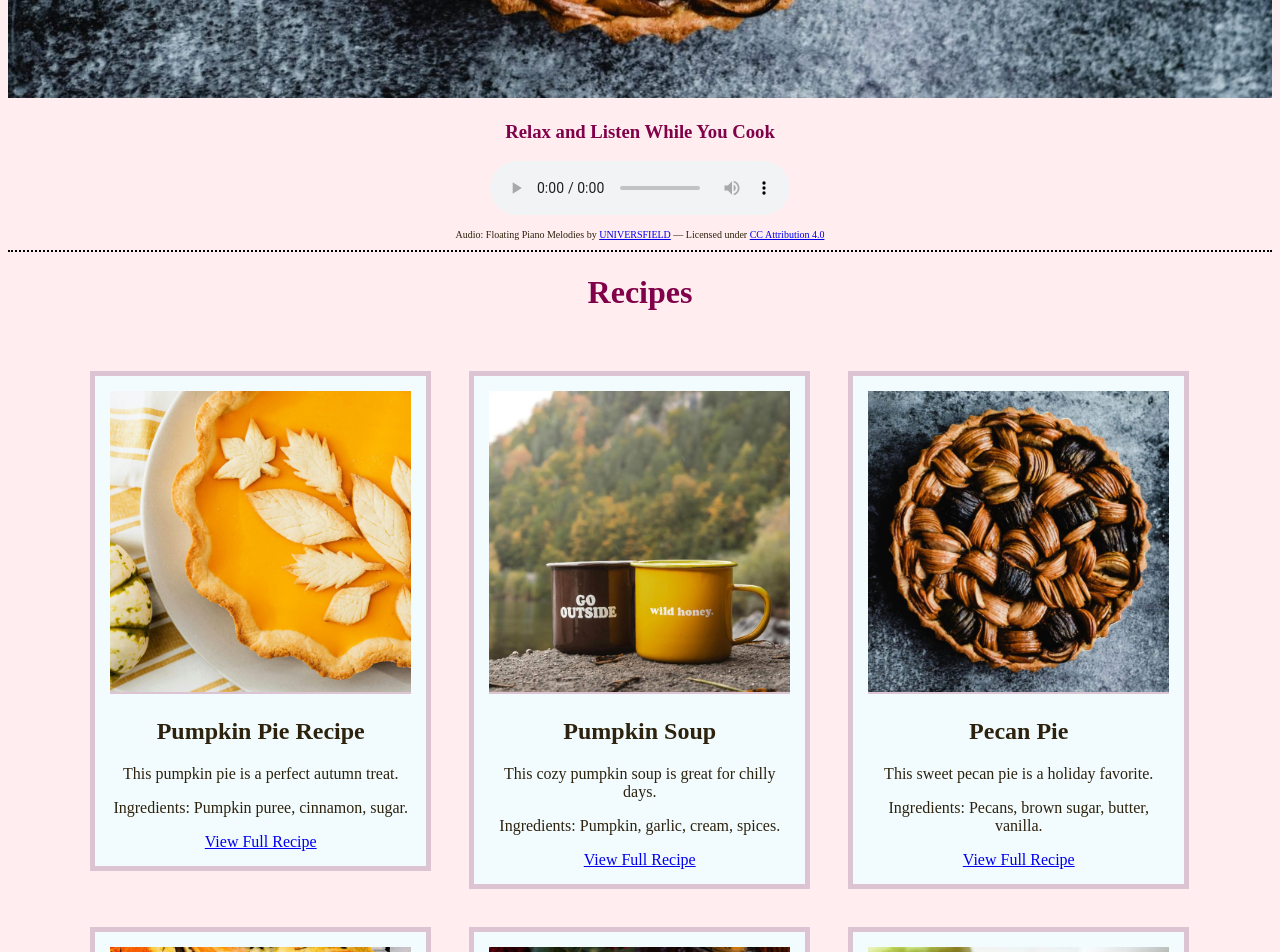
Repository: Brittany-Westlund/MART341-WebDesign
Page: WebDesignHomework/Assignment8/recipes.html
The author's editor kept a copy of each file at every save. The page is drawn from the files as they stood at one save, then again after the next save.
The browser window is 1280 px wide. The pictures show the part of the page from y = 825 to 1777 px (the page is 3026 px tall before and 3032 px after).

Above is the page before, as saved 2024-10-13 13:26:04.

### WebDesignHomework/Assignment8/recipes.html
<!DOCTYPE html>
<html lang="en">
<head>
    <meta charset="UTF-8">
    <meta name="viewport" content="width=device-width, initial-scale=1.0">
    <title>Autumn Orchard</title>

    <style>
        body {
            background-color: rgb(255, 237, 239);
        }
        h1, h3 {
            color: rgb(128, 0, 73);
            text-align: center;
        }
        h2, p {
            color: rgb(45, 34, 13);
            text-align: center;
        }
        .recipe-section {
            width: 90%;
            margin: 0 auto;
            padding: 20px;
        }
        .recipe {
            width: 30%;
            float: left;
            margin: 1.66%; /* Spacing between the recipes */
            border: 5px solid rgb(221, 196, 210);
            padding: 15px;
            background-color: #f2fcff;
            box-sizing: border-box;
            text-align: center; /* Center text and images in the recipe div */
        }
        .recipe img {
            width: 100%; /* Make images full width of container */
            height: auto;
            border-bottom: 2px solid rgb(221, 196, 210); /* Add border to separate image */
        }
        .clear {
            clear: both;
        }
    </style>

</head>
<body>

<!-- Navigation Links -->
    <a style="float: right; padding: 10px" href="index.html">HOME</a>
    <a style="float: right; padding: 10px" href="activities.html">ACTIVITIES</a>
    <a style="float: right; padding: 10px" href="recipes.html">RECIPES</a>

    <h1 style="text-align: left;">Cozy Harvest</h1>

<!-- Hero image -->
    <img src="images/autumn-slices-pie-optimized.jpg" style="width: 100%;" alt="Autumn Pie">


<!-- Audio element -->
    <h3>Relax and Listen While You Cook</h3>
    <div style="text-align: center;">
        <audio controls>
            <source src="audio/floating-piano-melodies.mp3" type="audio/mpeg">
            Your browser does not support the audio element.
        </audio>
        <!-- Audio attribution -->
        <p style="font-size: 10px;">Audio: Floating Piano Melodies by <a href="https://freesound.org/s/723971/" target="_blank">UNIVERSFIELD</a> — Licensed under <a href="https://creativecommons.org/licenses/by/4.0/" target="_blank">CC Attribution 4.0</a></p>
    </div>

    <div style="border-bottom: 2px dotted #000; width: 100%;"></div>

<!-- Recipe section -->
    <h1>Recipes</h1>
    <div class="recipe-section">
        <div class="recipe">
            <img src="images/pumpkin-pie-leaves.jpg" alt="Pumpkin Pie">
            <h2>Pumpkin Pie Recipe</h2>
            <p>This <span class="special-note">pumpkin pie</span> is a perfect autumn treat.</p>
            <p>Ingredients: Pumpkin puree, cinnamon, sugar.</p>
            <a href="https://www.williams-sonoma.com/recipe/pumpkin-pie.html" target="_blank">View Full Recipe</a>
        </div>

        <div class="recipe">
            <img src="images/autumn-coffee-mugs-square.jpg" alt="Pumpkin Soup">
            <h2>Pumpkin Soup</h2>
            <p>This <span class="special-note">cozy pumpkin soup</span> is great for chilly days.</p>
            <p>Ingredients: Pumpkin, garlic, cream, spices.</p>
            <a href="https://www.tasteofhome.com/recipes/pumpkin-soup/" target="_blank">View Full Recipe</a>
        </div>

        <div class="recipe">
            <img src="images/autumn-slices-pie-square.jpg" alt="Pecan Pie">
            <h2>Pecan Pie</h2>
            <p>This <span class="special-note">sweet pecan pie</span> is a holiday favorite.</p>
            <p>Ingredients: Pecans, brown sugar, butter, vanilla.</p>
            <a href="https://sugarspunrun.com/pecan-pie-recipe/" target="_blank">View Full Recipe</a>
        </div>

        <div class="recipe">
            <img src="images/autumn-quiche-square.jpg" alt="Butternut Squash Quiche">
            <h2>Butternut Squash Quiche</h2>
            <p>This <span class="special-note">creamy soup</span> is comforting and delicious.</p>
            <p>Ingredients: Butternut squash, egg, onion, cream.</p>
            <a href="https://www.shekeepsalovelyhome.com/butternut-squash-quiche/" target="_blank">View Full Recipe</a>
        </div>

        <div class="recipe">
            <img src="images/fox-cookies-square.jpg" alt="Fox Cookies">
            <h2>Fox Cookies</h2>
            <p>These <span class="special-note">fox cookies</span> are perfect for a fall dessert.</p>
            <p>Ingredients: Flour, cinnamon, nutmeg, butter.</p>
            <a href="https://thebearfootbaker.com/fun-little-fox-cookies/" target="_blank">View Full Recipe</a>
        </div>

        <div class="recipe">
            <img src="images/autumn-bundt-cake-square.jpg" alt="Pumpkin Bread">
            <h2>Pumpkin Bread</h2>
            <p>This <span class="special-note">soft pumpkin bread</span> is a must-bake.</p>
            <p>Ingredients: Pumpkin puree, sugar, cinnamon.</p>
            <a href="https://letsdishrecipes.com/autumn-spice-bundt-cake/" target="_blank">View Full Recipe</a>
        </div>


        <div class="clear"></div> <!-- Clears the float after the rows -->
    </div>


<!-- Cooking Timer iframe -->
    <h3>Set a Cooking Timer</h3>
    <div style="width: 100%; text-align: center;">
        <iframe src="https://123timer.com/" width="50%" height="600"></iframe>
    </div>


<!-- Escape character example -->
    <p>&copy; 2024 Autumn Orchard • Enjoy Your Harvest</p>

</body>
</html>

After the next save:
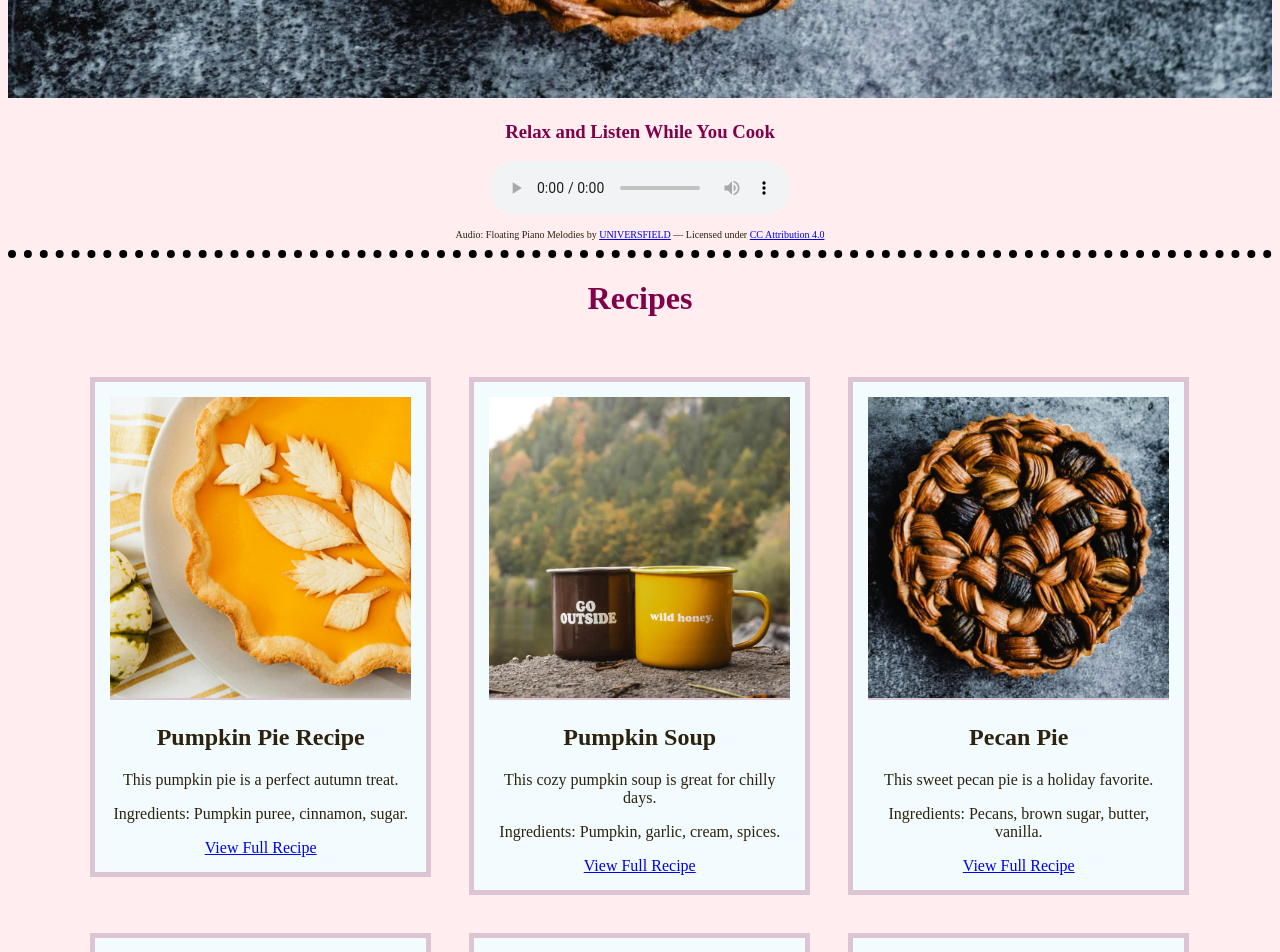
Saved 19 s later.
--- a/WebDesignHomework/Assignment8/recipes.html
+++ b/WebDesignHomework/Assignment8/recipes.html
@@ -67,7 +67,7 @@
         <p style="font-size: 10px;">Audio: Floating Piano Melodies by <a href="https://freesound.org/s/723971/" target="_blank">UNIVERSFIELD</a> — Licensed under <a href="https://creativecommons.org/licenses/by/4.0/" target="_blank">CC Attribution 4.0</a></p>
     </div>
 
-    <div style="border-bottom: 2px dotted #000; width: 100%;"></div>
+    <div style="border-bottom: 8px dotted #000; width: 100%;"></div>
 
 <!-- Recipe section -->
     <h1>Recipes</h1>
